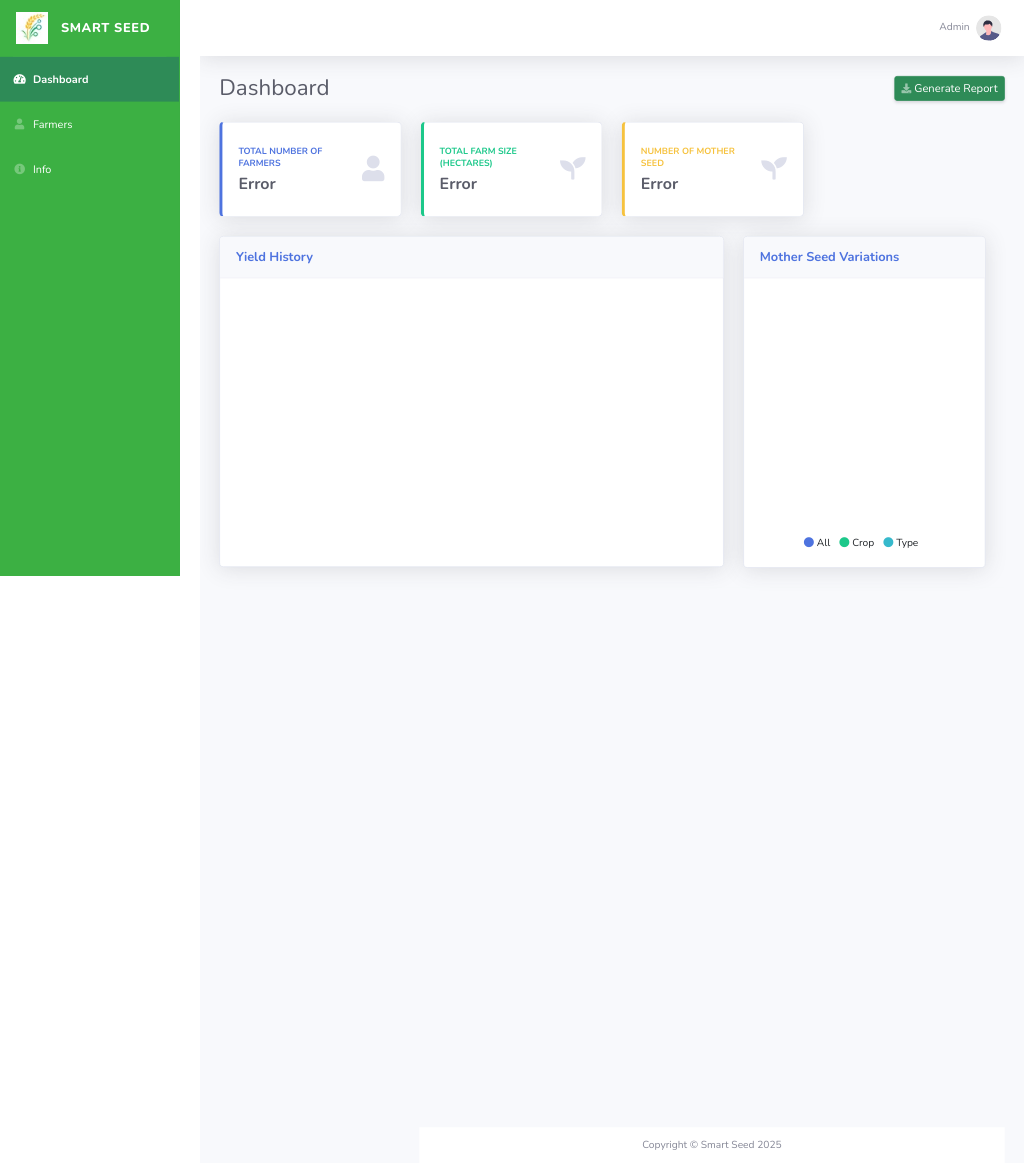
Repository: IFoundGeorge/Smart-Seed-v8-master
Page: src/index.html
An editor plug-in stored every save of this project. The page is shown before and after the next save, followed by the edit.
The browser window is 1280 px wide. The pictures show the whole page, at 80% of full size.
The page's requests for data from a server got no answer. Some web libraries are served in a nearby version.

Above is the page before, as saved 2025-03-19 02:28:50.

After the next save:
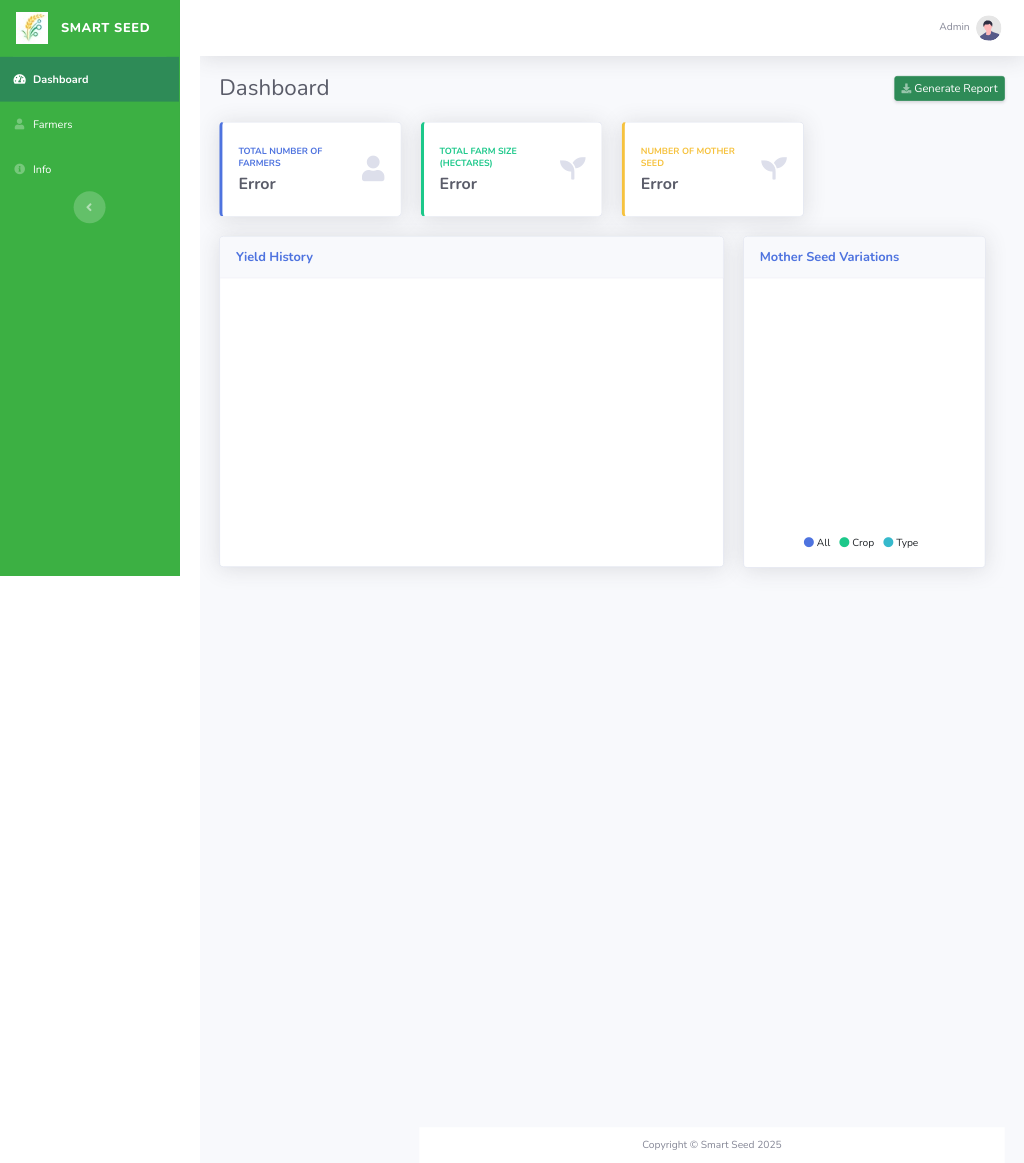
Saved 6 min 21 s later.
--- a/src/index.html
+++ b/src/index.html
@@ -155,6 +155,11 @@
                     <span>Info</span>
                 </a>
             </li>
+
+            <!-- Sidebar Toggler (Sidebar) -->
+            <div class="text-center d-none d-md-inline">
+                <button class="rounded-circle border-0" id="sidebarToggle"></button>
+            </div>
         </ul>
 
         <!-- End of Sidebar -->
